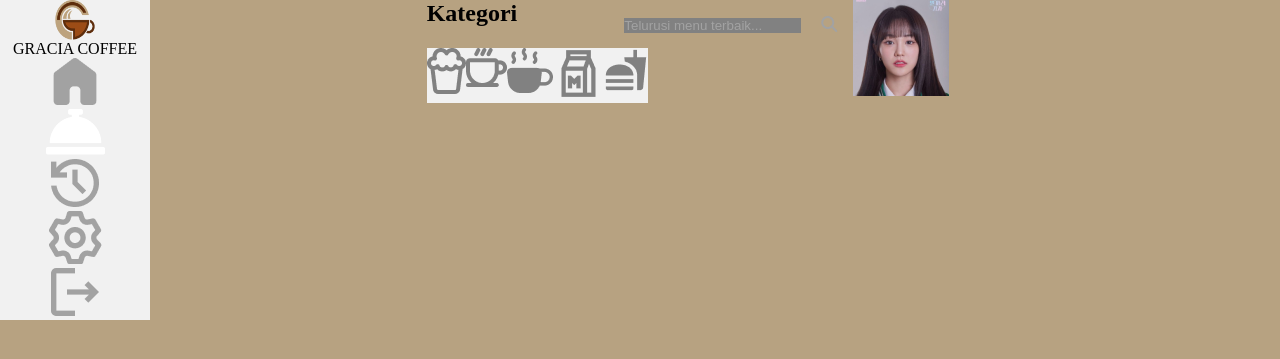
Repository: DanielChuaaa/sbd2
Page: index.html
An editor plug-in stored every save of this project. The page is shown before and after the next save, followed by the edit.
The browser window is 1280 px wide. The pictures show the whole page.
Some web libraries are served in a nearby version.

Above is the page before, as saved 2023-10-20 10:33:10.

After the next save:
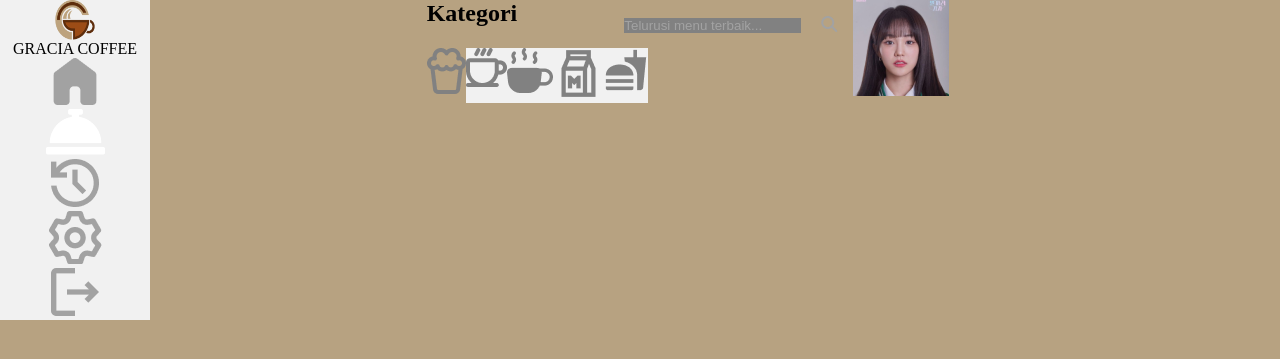
Saved 60 s later.
--- a/index.html
+++ b/index.html
@@ -38,7 +38,7 @@
                 </div>
 
                 <div class="menu">
-                    <div class="iconMenu"><a href="#"><img src="./assets/popcorn.png" alt="popcorn"></a></div>
+                    <div class="iconMenu1"><a href="#"><img src="./assets/popcorn.png" alt="popcorn"></a></div>
                     <div class="iconMenu"><a href="#"><img src="./assets/kopi.png" alt="kopi"></a></div>
                     <div class="iconMenu"><a href="#"><img src="./assets/teh.png" alt="teh"></a></div>
                     <div class="iconMenu"><a href="#"><img src="./assets/susu.png" alt="susu"></a></div>
